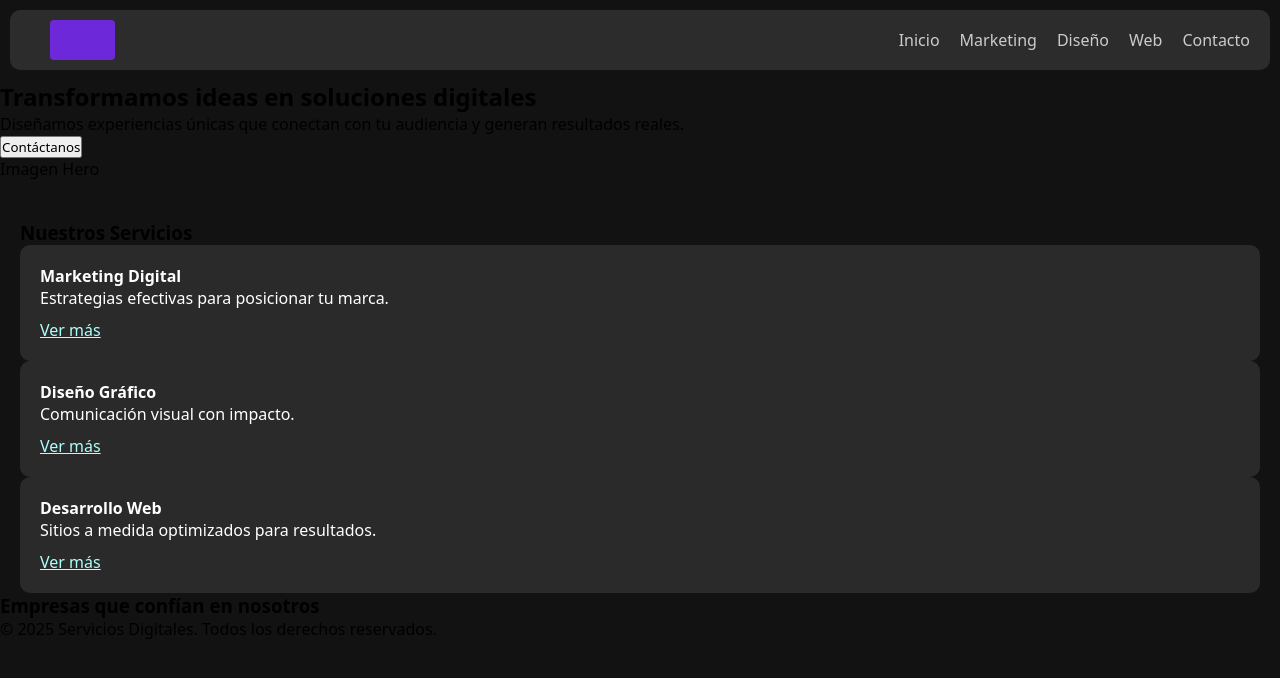
Repository: santinogarrone/TrabajoAgustin
Page: html/index.html
An editor plug-in stored every save of this project. The page is shown before and after a run of saves, followed by the edit.
The browser window is 1280 px wide. The pictures show the whole page.

Above is the page before, as saved 2025-05-02 11:59:43.

### html/index.html
<!DOCTYPE html>
<html lang="en">
<head>
    <meta charset="UTF-8">
    <meta name="viewport" content="width=device-width, initial-scale=1.0">
    <link rel="stylesheet" href="../css/style.css">
    <title>Página de Agustin</title>
</head>
<body>

    <header>
        <nav class="nav-bar">
            <div class="cuadrado-violeta">

            </div>


            <ul class="nav-list">
                <li class="nav-item"><a href="">Inicio</a></li>
                <li class="nav-item"><a href="">Marketing</a></li>
                <li class="nav-item"><a href="">Diseño</a></li>
                <li class="nav-item"><a href="">Web</a></li>
                <li class="nav-item"><a href="">Contacto</a></li>
            </ul>

            <button class="menu-icon" aria-label="menu">
                <span class="menu-line"></span>
                <span class="menu-line"></span>
                <span class="menu-line"></span>
            </button>
        </nav>
    </header>
        <main>

            <section class="main-contact">
                <div class="contacto">
                    <h2 class="tit-contacto">Transformamos ideas en soluciones digitales</h2>
                    <p class="explicacion">Diseñamos experiencias únicas que conectan con tu audiencia y generan resultados reales.</p>

                    <button class="boton-contactar" onclick="location.href='../html/contacto.html'">
                        Contáctanos
                    </button>
                </div>

                <div class="img-hero">
                    Imagen Hero
                </div>
            </section>

            <section class="servicios">
                <h3>Nuestros Servicios</h3>

                <div class="card">
                    <h4>Marketing Digital</h4>
                    <p>Estrategias efectivas para posicionar tu marca.</p>
                    <a href="../html/marketing.html">Ver más</a>
                </div>

                <div class="card">
                    <h4>Diseño Gráfico</h4>
                    <p>Comunicación visual con impacto.</p>
                    <a href="#">Ver más</a>
                </div>

                <div class="card">
                    <h4>Desarrollo Web</h4>
                    <p>Sitios a medida optimizados para resultados.</p>
                    <a href="#">Ver más</a>
                </div>

            </section>

            <section class="empresas">
                <h3>Empresas que confían en nosotros</h3>
                <article class="logos">
                    <div class="logo"></div>
                    <div class="logo"></div>
                    <div class="logo"></div>
                    <div class="logo"></div>
                </article>

            </section>

        </main>

    <footer>
        <div class="ftr">
            <p>&copy; 2025 Servicios Digitales. Todos los derechos reservados.</p>
        </div>
    </footer>
</body>
</html>

### css/style.css
@import url(./global.css);

*{
    margin: 0;
    padding: 0;
    box-sizing: border-box;
    font-family: var(--font-family);
}


body{
    background-color: var(--fondo-color);
    height: 100%;
}

header{
    padding: 10px;
}
.cuadrado-violeta{
    display: block;
    width: 65px;
    height: 40px;
    background-color: var(--primary-color-original);
    border-radius: 4px;
    margin-left: 20px;
}


.nav-bar {
    display: flex;
    align-items: center;
    justify-content: space-between;
    background-color: #2c2c2c;
    padding: 10px 20px;
    border-radius: 10px;
    position: relative;
  }

  .menu-icon {
    display: none;
  }

  .menu-line {
    height: 4px;
    background-color: white;
    border-radius: 2px;
    width: 100%;
  }

  .nav-list {
    display: flex;
    gap: 20px;
    list-style: none;
    margin: 0;
    padding: 0;
  }

  .nav-item a {
    color: #ccc;
    text-decoration: none;
  }

  .hero {
    display: flex;
    gap: 20px;
    padding: 20px;
    border-radius: 10px;
    flex-wrap: wrap;
  }

  .hero-texto {
    background: var(--primary-color-gradient);
    color: var(--texto-color);
    padding: 20px;
    border-radius: 12px;
  }

  .hero-texto h2 {
    margin-bottom: 10px;
  }

  .hero-texto button {
    margin-top: 10px;
    padding: 10px 20px;
    background-color: black;
    color: white;
    border: none;
    border-radius: 6px;
    cursor: pointer;
  }

  .hero-img {
    background-color: #333;
    color: #ccc;
    display: flex;
    align-items: center;
    justify-content: center;
    border-radius: 12px;
    flex: 1 1 300px;
    min-height: 200px;
  }

  .servicios {
    margin-top: 40px;
    padding: 0 20px;
  }

  .servicio-cards {
    display: flex;
    flex-wrap: wrap;
    gap: 20px;
    margin-top: 20px;
  }

  .card {
    background-color: #2a2a2a;
    color: white;
    padding: 20px;
    border-radius: 10px;
    flex: 1 1 250px;
  }

  .card a {
    color: #adfffb;
    text-decoration: underline;
    display: inline-block;
    margin-top: 10px;
  }

@media (375px >= width) {

    .hero-img{
        display: none;
    }
    .hero-texto p{
        display: none;
    }
    body{
        background-color: var(--fondo-color);
        height: 100%;
    }

    header{
        background-color: var(--superficie-dos);
        position: sticky;
        top: 0;
        margin: 0;
        border-radius: 0;
    }

    main{
        margin: 0px;
    }
    .explicacion{
        display: none;
    }

    .nav-list{
        display: none;
    }

    .img-hero{
        display: none;
    }
    .cuadrado-violeta{
        display: block;
        width: 65px;
        height: 40px;
        background-color: var(--primary-color-original);
        border-radius: 4px;
        margin-left: 20px;
    }

    .menu-icon{
        width: 30px;
        height: 30px;
        background: transparent;
        display: flex;
        flex-direction: column;
        gap: 4px;
        height: fit-content;
        border: none;
    }

    .menu-line{
        width: 100%;
        height: 4px;
        background-color: var(--texto-color);
        border: none;
        border-radius: 4px;

    }

    .nav-bar{
        display: flex;
        justify-content: space-between;
        align-items: center;
        padding: 5px 16px;
    }


    .main-contact{
        display: flex;
        padding: 24px;
        justify-content: center;
        align-items: center;
    }

    .contacto{
        display: block;
        padding: 34px;
        background: var(--primary-color-gradient);
        border-radius: 10px;
        color: var(--texto-color);
        height: auto;
        font-size: 12px;
    }

    .contacto .tit-contacto{
        text-align: center;
        align-items: center;
        font-weight: bold;
        margin-top: 30px;
    }

    .boton-contactar{
        display: block;
        margin: 0 auto;
        margin-bottom: 20px;
        margin-top: 12px;
        padding: 5px 20px;
        color: var(--primary-claro);
        background-color: var(--fondo-color);
        border-radius: 6px;
        cursor: pointer;
    }

    .servicios{
        display: flex;
        flex-direction: column;
        margin: 0 20px;
    }

    .servicios h3{
        color: var(--texto-color);
    }

    .card{
        margin-top: 5px;
        align-items: center;
        justify-content: center;
        background-color: var(--superficie-dos);
        border-radius: 8px;
        padding: 12px;
        margin-bottom: 15px;
    }

    .card h4{
        color: var(--texto-color);
    }

    .card p{
        color: var(--texto-secundario);
        padding-bottom: 20px;
    }

    .card a{
        display: inline-block;
        margin-bottom: 20px;
        color: var(--texto-color);
        cursor: pointer;
    }

    .empresas{
        display: flex;
        flex-direction: column;
        align-items: flex-start;
        margin-left: 20px;
    }

    .empresas h3{
        color: var(--texto-color);
        margin-bottom: 1rem;
    }

    .logos{
        margin-top: 5px;
        width: 335px;
        display: flex;
        justify-content: center;
        align-items : center;
        gap: 5px;
        background-color: var(--superficie-dos);
        border-radius: 8px;
        padding: 20px;
        margin-bottom: 10px;
    }

    .logo{
        width: 60px;
        height: 30px;
        background-color: #444444;
        border-radius: 5px;
    }

    .ftr{
        background-color: var(--superficie-dos);
        border-radius: 8px;
        text-align: center;
        margin: 15px 10px;
        padding: 16px;
        color: var(--texto-secundario);
    }
}

### css/global.css
:root{
    --primary-color-gradient : linear-gradient(135deg, #6D28D9, #8B5CF6);
    --primary-color-original : #6D28D9;
    --primary-claro : #8b5cf6;
    --secundary-color : #10b981;
    --acento-color : #f5930b;
    --fondo-color : #121212;
    --superficie-color : #1e1e1e;
    --superficie-dos : #2d2d2d;
    --texto-secundario : #A0A0A0;

    --texto-color : #fff;
    --font-family : 'system-ui'
}

After the next 2 saves:
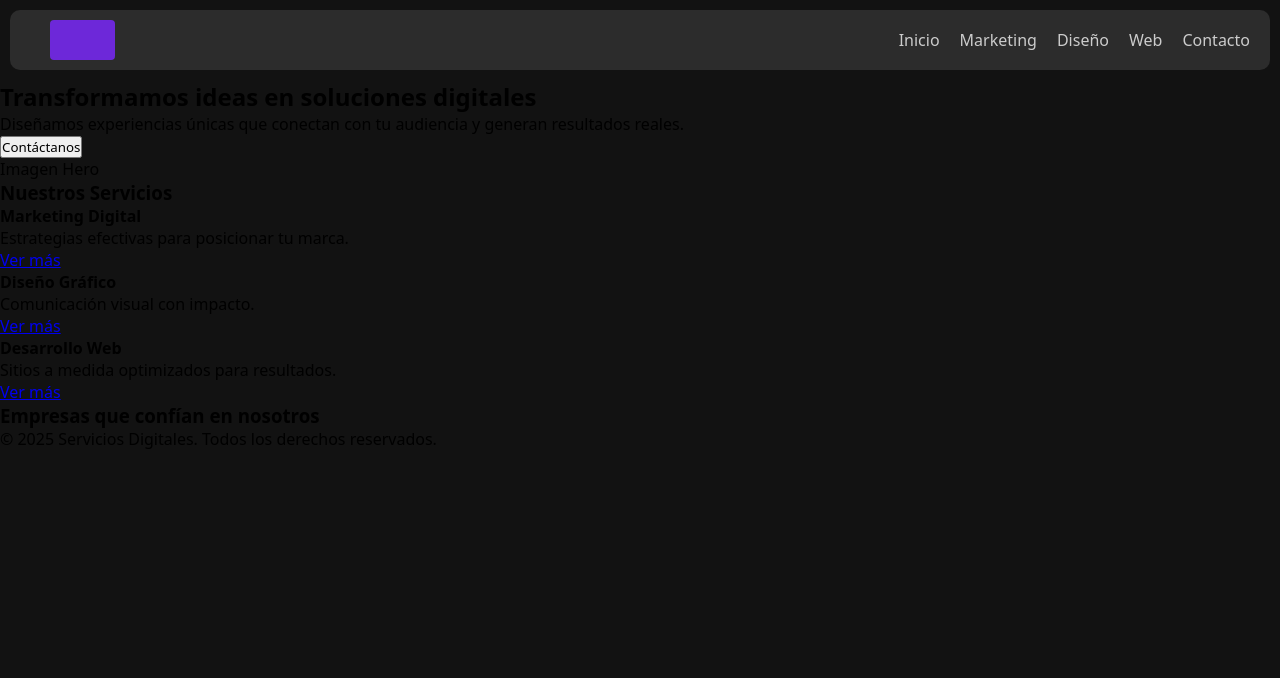
The 2 saves are shown as one change because they came seconds apart.
The last was saved 22 s later.
--- a/css/style.css
+++ b/css/style.css
@@ -60,72 +60,6 @@ header{
     text-decoration: none;
   }
 
-  .hero {
-    display: flex;
-    gap: 20px;
-    padding: 20px;
-    border-radius: 10px;
-    flex-wrap: wrap;
-  }
-
-  .hero-texto {
-    background: var(--primary-color-gradient);
-    color: var(--texto-color);
-    padding: 20px;
-    border-radius: 12px;
-  }
-
-  .hero-texto h2 {
-    margin-bottom: 10px;
-  }
-
-  .hero-texto button {
-    margin-top: 10px;
-    padding: 10px 20px;
-    background-color: black;
-    color: white;
-    border: none;
-    border-radius: 6px;
-    cursor: pointer;
-  }
-
-  .hero-img {
-    background-color: #333;
-    color: #ccc;
-    display: flex;
-    align-items: center;
-    justify-content: center;
-    border-radius: 12px;
-    flex: 1 1 300px;
-    min-height: 200px;
-  }
-
-  .servicios {
-    margin-top: 40px;
-    padding: 0 20px;
-  }
-
-  .servicio-cards {
-    display: flex;
-    flex-wrap: wrap;
-    gap: 20px;
-    margin-top: 20px;
-  }
-
-  .card {
-    background-color: #2a2a2a;
-    color: white;
-    padding: 20px;
-    border-radius: 10px;
-    flex: 1 1 250px;
-  }
-
-  .card a {
-    color: #adfffb;
-    text-decoration: underline;
-    display: inline-block;
-    margin-top: 10px;
-  }
 
 @media (375px >= width) {
 
